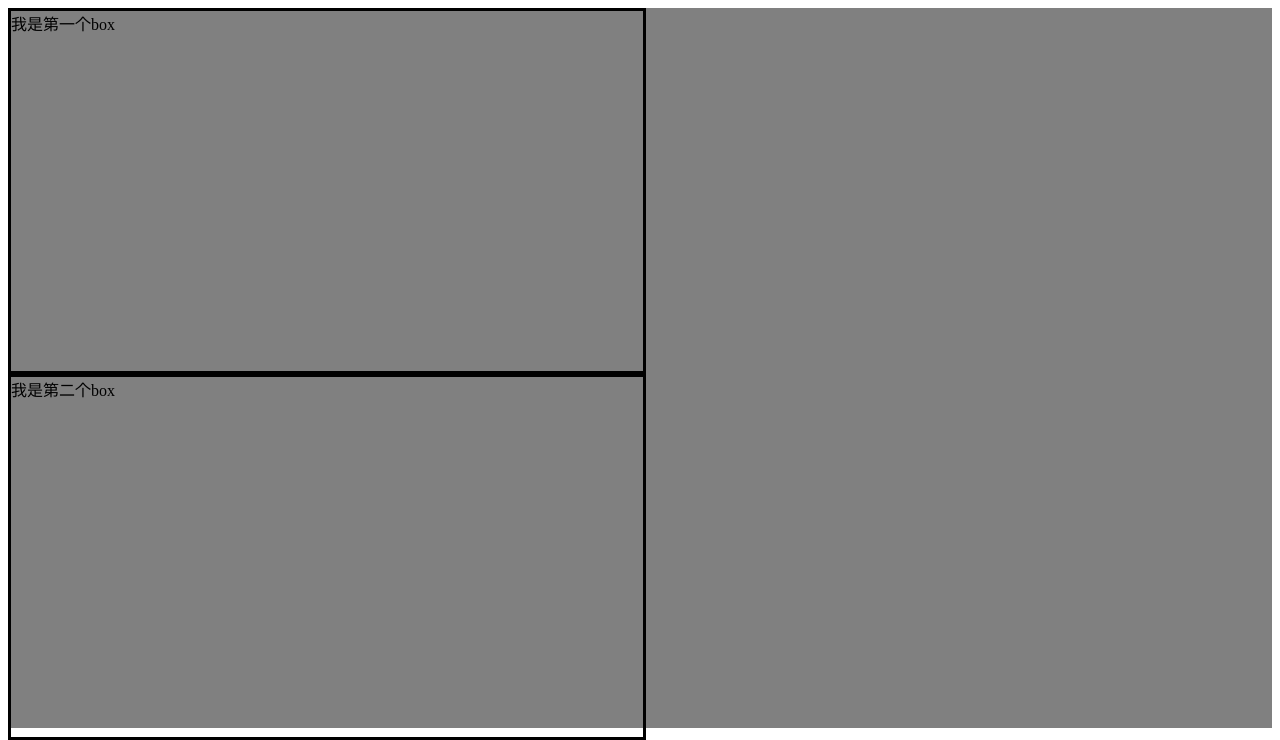
Repository: nanfengovo/CSS
Page: heightandwidth.html
An editor plug-in stored every save of this project. The page is shown before and after the next save, followed by the edit.
The browser window is 1280 px wide. The pictures show the whole page.

Above is the page before, as saved 2025-01-01 11:04:44.

### heightandwidth.html
<!DOCTYPE html>
<html lang="en">
<head>
    <meta charset="UTF-8">
    <meta name="viewport" content="width=device-width, initial-scale=1.0">
    <title>height width </title>
    <style>
        .container{
            height: 100vh;
            background-color: gray;
        }
        .box{
            width: 50%;
            height: 50%;
            border: 3px solid #000;

        }
    </style>
</head>
<body>
    <div class="container">
        <div class="box">我是第一个box</div>
        <div class="box">我是第二个box</div>
    </div>
</body>
</html>

After the next save:
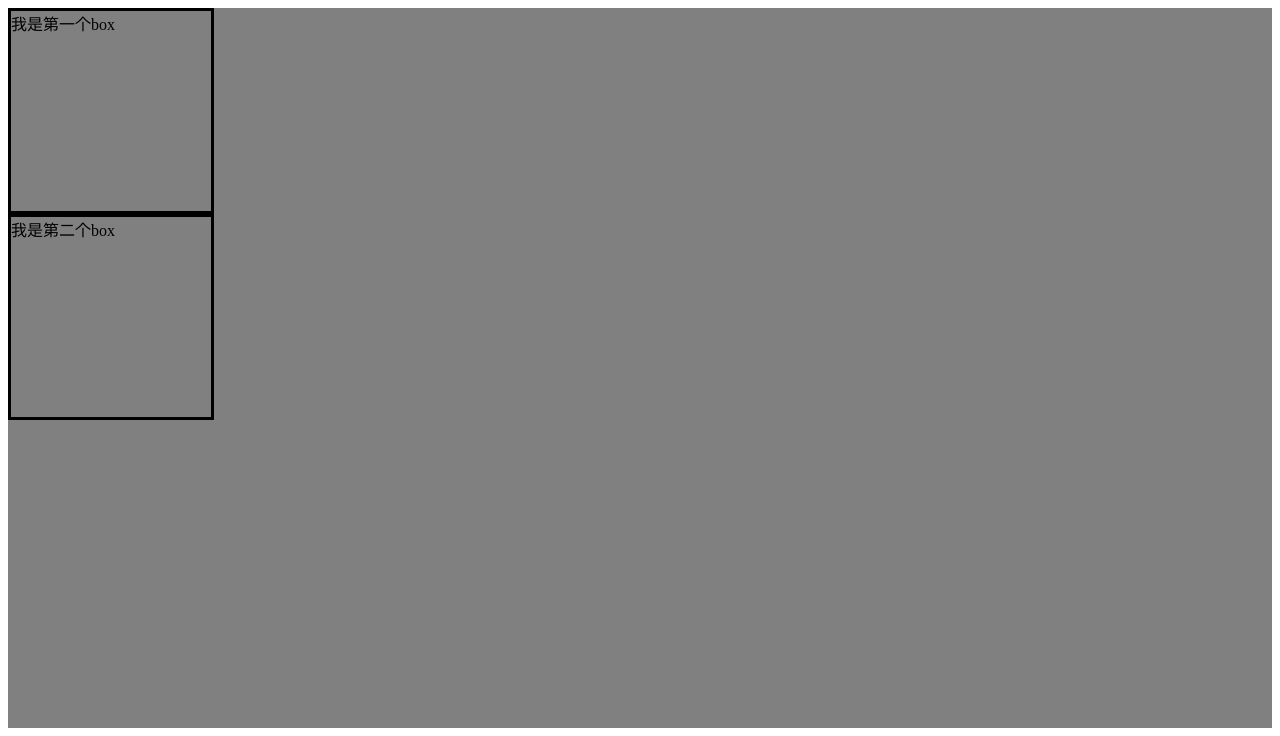
Saved 18 s later.
--- a/heightandwidth.html
+++ b/heightandwidth.html
@@ -10,8 +10,8 @@
             background-color: gray;
         }
         .box{
-            width: 50%;
-            height: 50%;
+            width: 200px;
+            height: 200px;
             border: 3px solid #000;
 
         }
